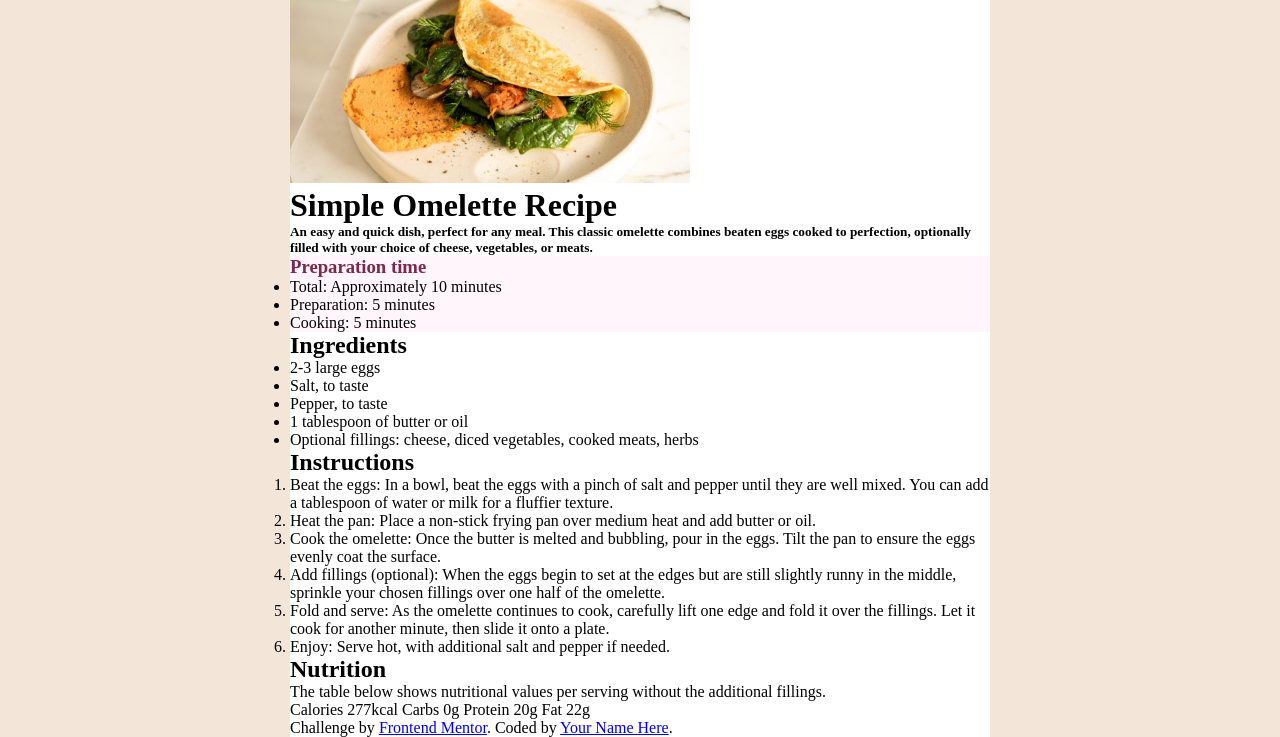
Repository: sodmaq/recipe-page-
Page: index.html
An editor plug-in stored every save of this project. The page is shown before and after the next save, followed by the edit.
The browser window is 1280 px wide. The pictures show the whole page.

Above is the page before, as saved 2024-09-07 19:15:50.

After the next save:
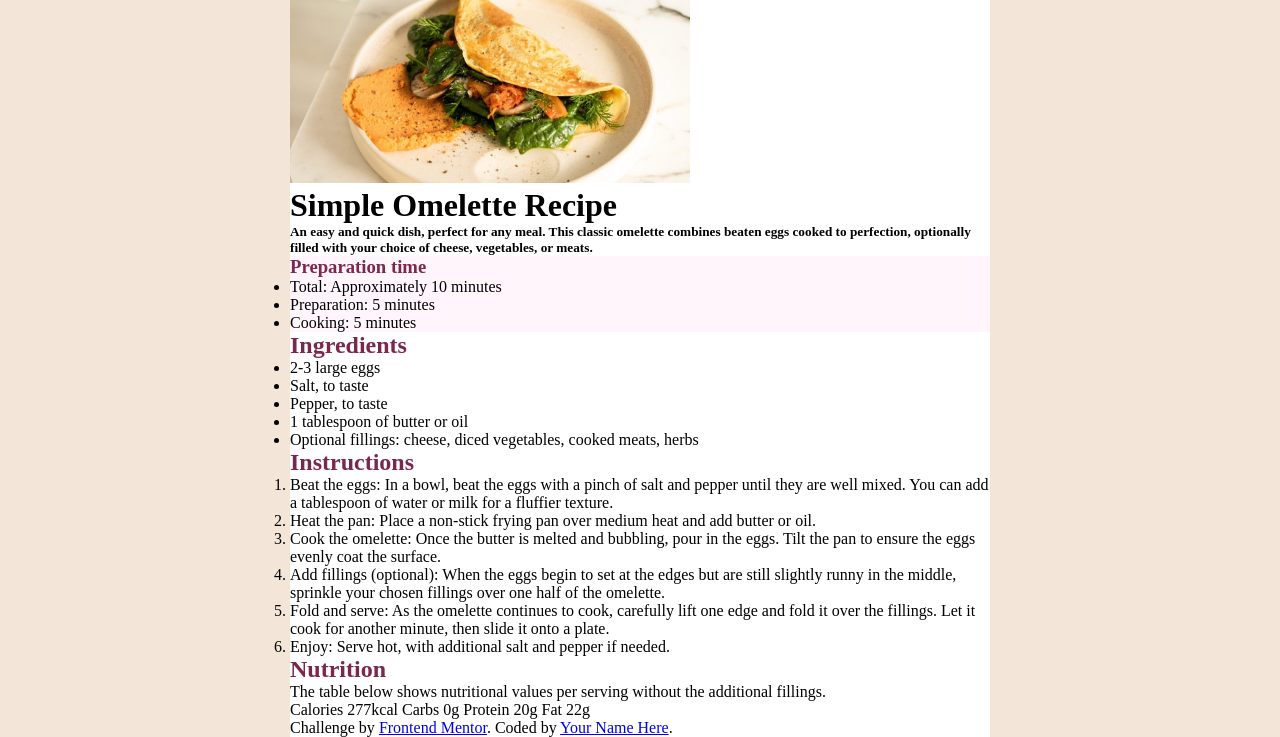
Saved 11 s later.
--- a/style.css
+++ b/style.css
@@ -22,6 +22,6 @@
 #text {
   color: hsl(332, 51%, 32%);
 }
-#text {
+#h1Text {
   color: hsl(332, 51%, 32%);
 }

After the save that followed:
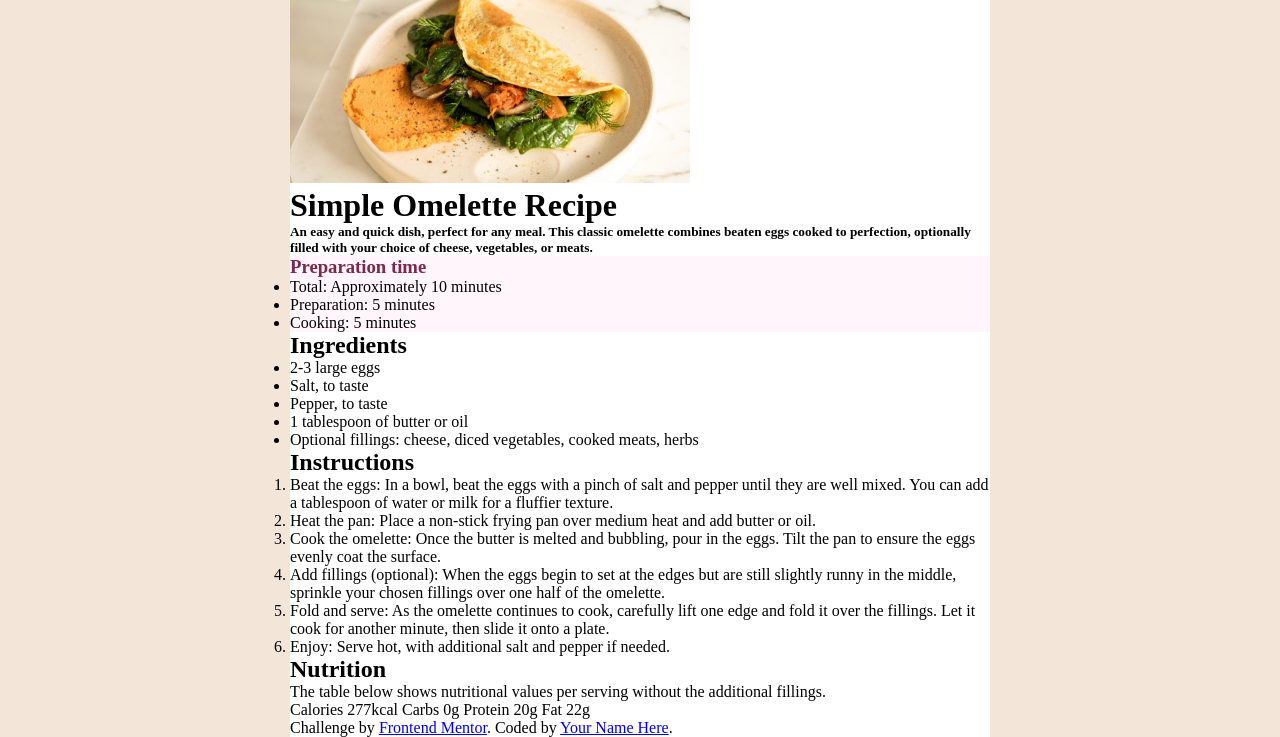
Saved 42 s later.
--- a/style.css
+++ b/style.css
@@ -23,5 +23,5 @@
   color: hsl(332, 51%, 32%);
 }
 #h1Text {
-  color: hsl(332, 51%, 32%);
+  color: ;
 }
